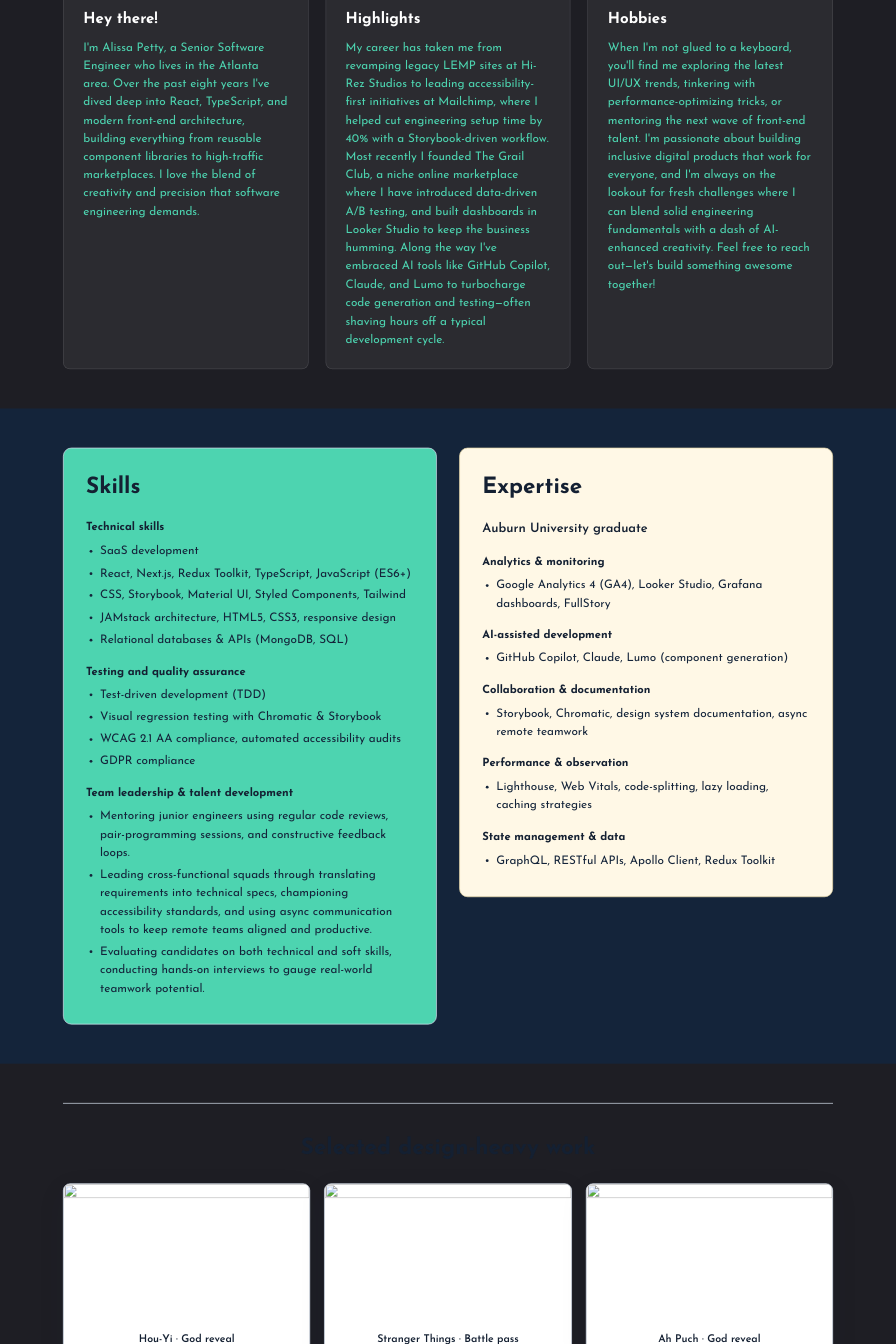
Repository: AlissaSPetty/alissa-petty-com
Page: /
These files come from the project's save history. The page is drawn as it stood at one moment and after the next save; the edit follows.
The browser window is 1280 px wide. The pictures show the part of the page from y = 742 to 2662 px (the page is 4285 px tall), at 70% of full size.
The project was rebuilt for these pictures with package versions that can differ from the ones it lists, and the page was loaded fresh each time. Also part of the build but not shown: vite.config.ts, src/legal.css, src/pages/LegalPage.tsx.

Above is the page before, as saved 2026-05-03 18:08:49.

After the next save:
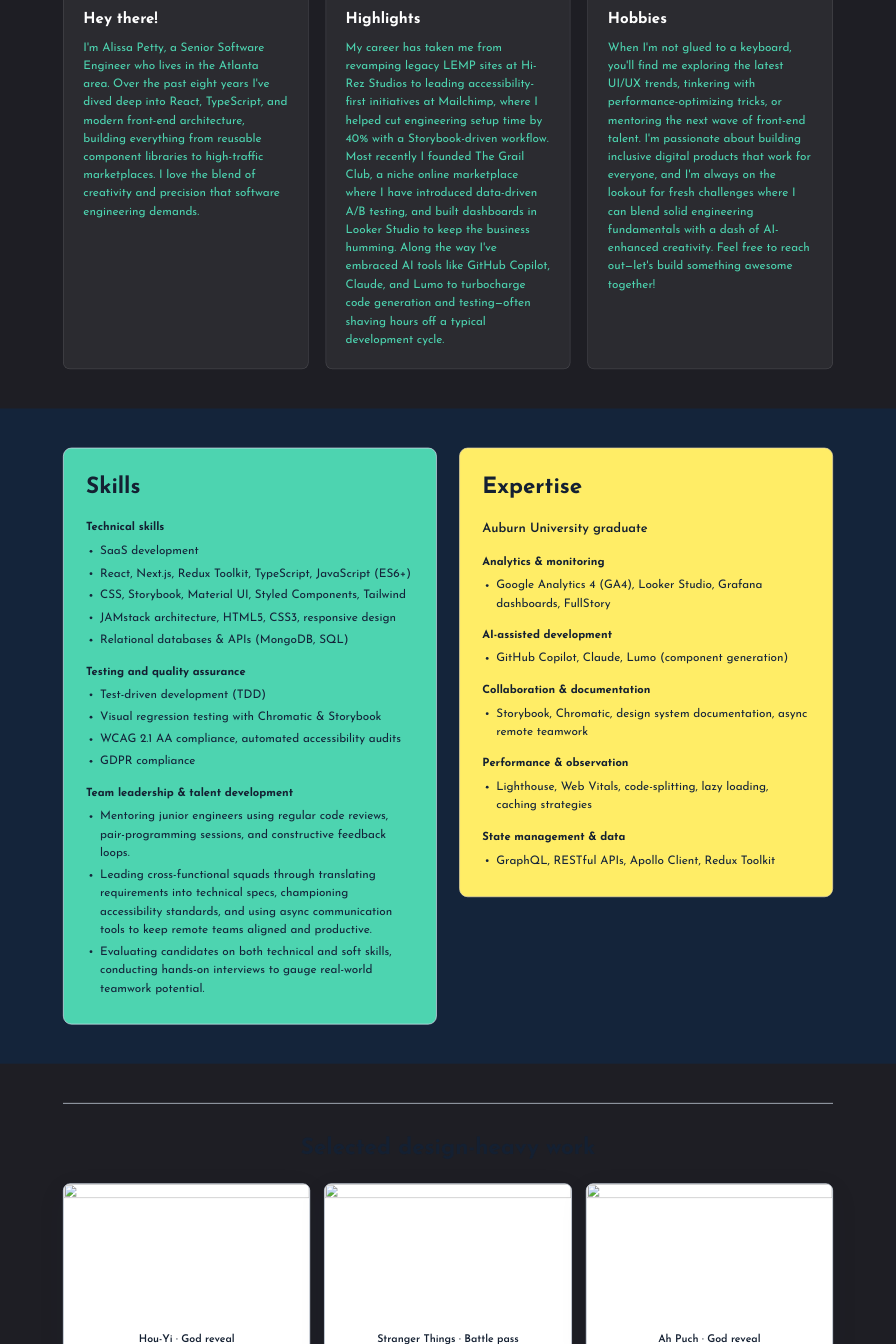
Saved 52 s later.
--- a/src/index.css
+++ b/src/index.css
@@ -332,7 +332,7 @@
 }
 
 .skills-panel--accent {
-  background: #fff8e6;
+  background: var(--yellow);
   border-color: #e8d9a8;
 }
 
